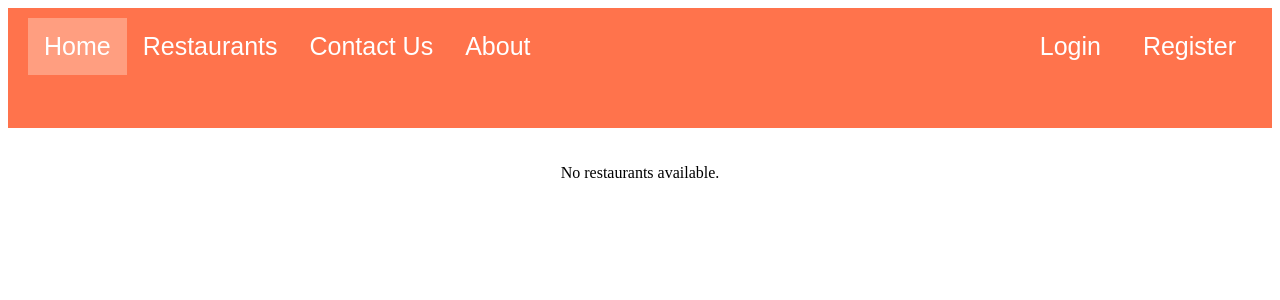
Repository: Sujith-B-S/Food-Application
Page: http://localhost/FoodApplication/home.jsp
An editor plug-in stored every save of this project. The page is shown before and after the next save, followed by the edit.
The browser window is 1280 px wide. The pictures show the whole page.
The pointer rests on the first visible `.navbar a`.
The page is served by Tomcat 9. Other server files are loaded and not shown.

Above is the page before, as saved 2024-11-14 18:24:33.

### FoodApplication/src/main/webapp/home.jsp
<%@ page language="java" contentType="text/html; charset=UTF-8" pageEncoding="UTF-8"%>
<%@ page import="com.sg.restaurantpojo.Restaurant" %>
<%@ page import="java.util.List" %>
<%@ page import = "com.sg.userpojo.User" %>
<!DOCTYPE html>
<html lang="en">
<head>
    <meta charset="UTF-8">
    <title>Home - Food Application</title>
    <style>
        /* Navigation Bar Styling */
        .navbar {
            background-color: #FF734C;
            overflow: hidden;
            height:100px;
            padding: 10px 20px;
            color: white;
            font-family: Arial, sans-serif;
        }
        .navbar a {
            float: left;
            display: block;
            color: white;
            text-align: center;
            padding: 14px 16px;
            text-decoration: none;
            font-size: 25px;
        }
        .navbar a:hover {
            background-color: #ff9e80;
            color: white;
        }
        .navbar .user-info {
            float: right;
            display: flex;
            align-items: center;
        }
        .navbar .user-info p {
            margin: 0 10px;
            font-size: 25px;
        }
        .navbar .user-info a {
            margin-left: 10px;
            color: white;
        }
        .navbar .user-info a:hover {
            color: #ddd;
        }

        /* Container for the restaurant cards */
        .container {
            display: flex;
            flex-wrap: wrap;
            gap: 20px;
            justify-content: center;
            margin-top: 20px;
        }
        .card {
            width: 23%;
            border: 1px solid #ccc;
            border-radius: 8px;
            overflow: hidden;
            background-color : #f5f5f5;
            box-shadow: 0 4px 8px rgba(0, 0, 0, 0.2);
            text-align: center;
            margin-bottom: 20px;
        }
        .card img {
            width: 100%;
            height: 150px;
            object-fit: cover;
        }
        .card-content {
            padding: 15px;
        }
        .card-content h3 {
            margin: 10px 0;
            font-size: 1.2em;
        }
        .card-content p {
            margin: 5px 0;
            font-size: 0.9em;
        }
    </style>
</head>
<body>

<div class="navbar">
    <a href="home.jsp">Home</a>
    <a href="restaurants.jsp">Restaurants</a>
    <a href="contact.jsp">Contact Us</a>
    <a href="about.jsp">About</a>
    <div class="user-info">
        <%
            User user = (User) session.getAttribute("loggedInUser");
            if (user != null) {
        %>
            <p>Welcome, <%= user.getUsername() %></p>
            <a href="logout.jsp">Logout</a>
        <%
            } else {
        %>
            <a href="login.jsp">Login</a>
            <a href="register.jsp">Register</a>
        <%
            }
        %>
    </div>
</div>

<div class="container">
    <%
        List<Restaurant> resList = (List<Restaurant>) session.getAttribute("resList");
        if (resList != null) {
            for (Restaurant res : resList) {
    %>
    <div class="card">
        <div class="card-content">
            <img alt="Restaurant" src="<%= res.getImage() %>">
            <h3><%= res.getName() %></h3>
            <p><strong>Cuisine:</strong> <%= res.getCuisineType() %></p>
            <p><strong>Address:</strong> <%= res.getAddress() %></p>
            <p><strong>Ratings:</strong> <%= res.getRatings() %></p>
            <p><strong>Delivery Time:</strong> <%= res.getDeliverTime() %> mins</p>
            <p><strong>Available:</strong> <%= res.getIsActive() ? "Yes" : "No" %></p>
        </div>
    </div>
    <%
            }
        } else {
    %>
    <p>No restaurants available.</p>
    <%
        }
    %>
</div>

</body>
</html>

After the next save:
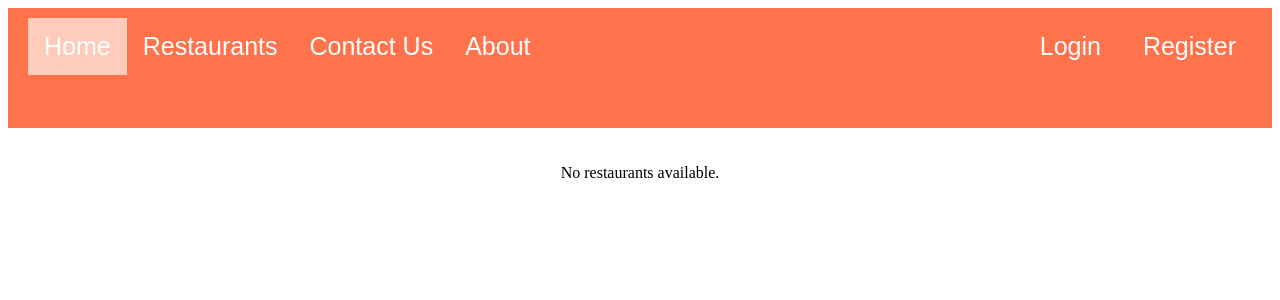
Saved 66 s later.
--- a/FoodApplication/src/main/webapp/home.jsp
+++ b/FoodApplication/src/main/webapp/home.jsp
@@ -27,7 +27,7 @@
             font-size: 25px;
         }
         .navbar a:hover {
-            background-color: #ff9e80;
+            background-color: #ffccbc;
             color: white;
         }
         .navbar .user-info {
